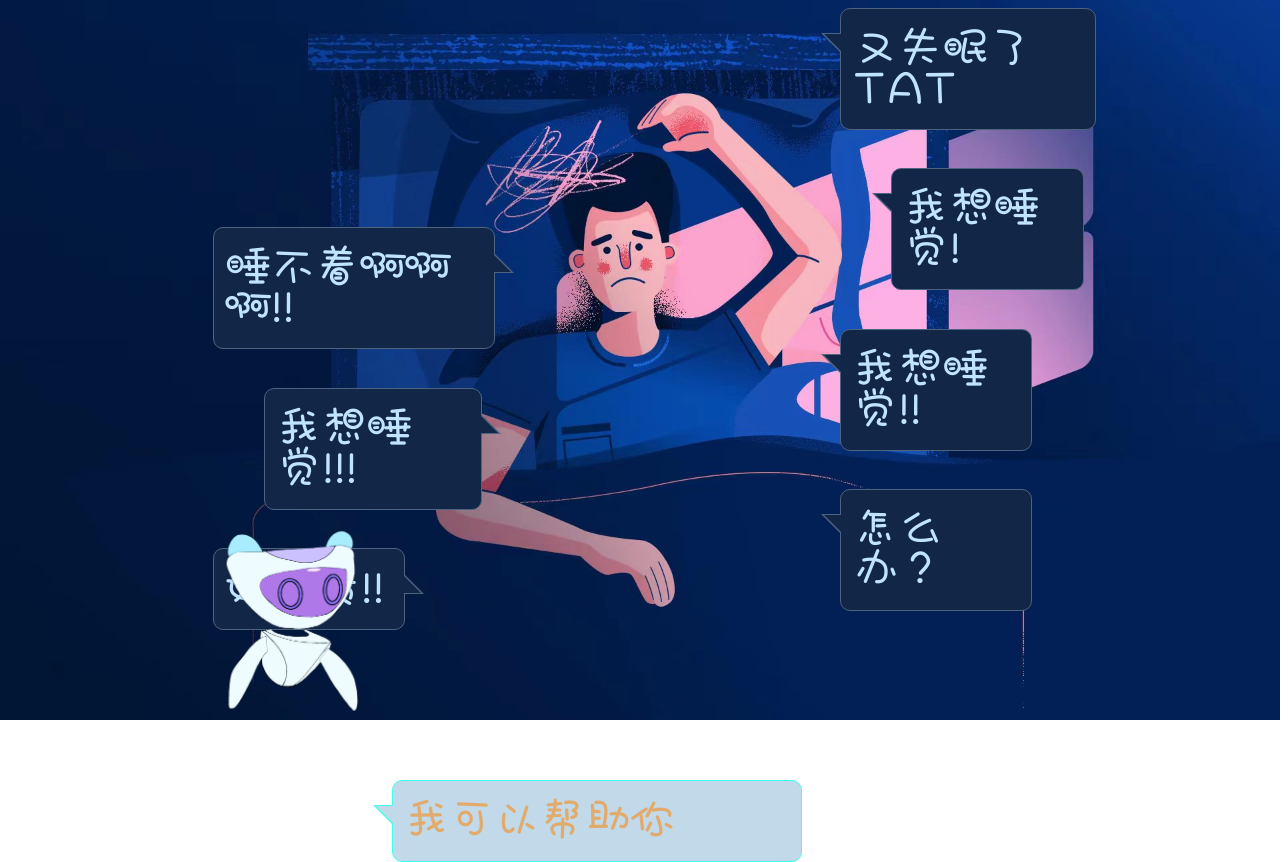
Repository: chjyume/zhongyi
Page: index2.html
The author's editor kept a copy of each file at every save. The page is drawn from the files as they stood at one save, then again after the next save.
The browser window is 1280 px wide. The page is 1288 px wide, so the pictures cover 1288 px, including what lies to the right of the window. The pictures show the whole page.

Above is the page before, as saved 2023-06-26 10:52:34.

### index2.html
<!DOCTYPE html>
<html>
	<head>
        <meta charset="utf-8" />
		<title>小故事引入</title>

        <link href="css\index2.css" rel="stylesheet" type="text/css">
		<link rel="stylesheet" type="text/css" href="family\font.css">
	</head>
	<style>
	body
	{
        background-image:url("img/img2-1.png");
		background-repeat:no-repeat;
        height: 100%;
        width: 100%;
        background-size:cover;
        position:absolute;
        left:0;
        top:0;
	}
	</style>
	<body>
		<div id="man" tabindex="1">
		<div class="bubble1" id="text1"  tabindex="1" style="width: calc(18%)">又失眠了TAT</div>
		<div class="bubble1" id="text2"  tabindex="1" style="width: calc(13%)">我想睡觉!</div>
		<div class="bubble1" id="text4"  tabindex="1" style="width: calc(13%)">我想睡觉!!</div>
		<div class="bubble1" id="text5"  tabindex="1" style="width: calc(13%)">怎么办？</div>
		<div class="bubble2" id="text3" tabindex="1"  style="width: calc(20%)">睡不着啊啊啊!!</div>
		<div class="bubble2" id="text2" tabindex="1"  style="width: calc(15%)">我想睡觉!!!</div>
		<div class="bubble2" id="text4"  tabindex="1" style="width: calc(13%)">好崩溃!!</div>
		</div>
		<div id="AI" tabindex="1">
			<img id="robot" src="img/img2-2.png">
			<div class="bubble3" id="text" tabindex="1" style="width: calc(30%);">我可以帮助你</div>
		</div>
	</body>
</html>

### css/index2.css

.bubble1 {
    position: relative;
    padding: 20px 12px;
    font-family:HYLeMiaoTi;
    font-size: 45px;
    line-height: 40px;
    top: calc(10%);
    left: calc(65%);
    color: #c0e3ff;
    background: #122648;
    border: 1px solid #4e637e;
    border-radius: 10px;
    opacity: 0;
  }

  .bubble1::before,
  .bubble1::after {

    position: absolute;
    left: -20px;
    top:24px;
    display: block;
    font-size: 0;
    line-height: 0;
    border-color: #4e637e #4e637e transparent transparent;
    border-style: solid;
    border-width: 10px;
    content: "";
  }

  .bubble1::after {
    left: -17px;
    top:25px;
    border-color: #122648 #122648 transparent transparent;
  }



  .bubble2 {
    position: relative;
    padding: 20px 12px;
    font-family:HYLeMiaoTi;
    font-size: 45px;
    line-height: 40px;
    top: calc(10%);
    left: calc(16%);
    color: #c0e3ff;
    background: #122648;
    border: 1px solid #4e637e;
    border-radius: 10px;
    opacity: 0;
  }


  .bubble2::before,
  .bubble2::after {

    position: absolute;
    right: -20px;
    top:25px;
    display: block;
    font-size: 0;
    line-height: 0;
    border-color: transparent transparent #4e637e #4e637e;
    border-style: solid;
    border-width: 10px;
    content: "";
  }

  .bubble2::after {
    right: -17px;
    top:24px;
    border-color:transparent transparent #122648 #122648 ;
  }


  #text1{

    animation: bubble 2s linear 0s 1 normal forwards;
  }
  #text2{
    margin-top: calc(3%);
    margin-left: calc(4%);
    animation: bubble 2s linear 1.5s 1 normal forwards;
  }
  #text3{
    margin-top: calc(-30%);
    margin-right: calc(2%);
    animation: bubble 2s linear 1s 1 normal forwards;
  }
  #text4{
    margin-top: calc(3%);
    margin-right: calc(3%);
    animation: bubble 2s linear 2s 1 normal forwards;
  }
  #text5{
    margin-top: calc(3%);
    margin-right: calc(3%);
    animation: bubble 2s linear 2.5s 1 normal forwards;
  }


  @keyframes bubble {
    0% {
      opacity: 0;
  }
  100% {
    opacity: 1;
  }
}

.bubble1:hover{
  cursor:pointer;
}
.bubble2:hover{
  cursor:pointer;
}

#text1:focus{
  animation: rebubble 3s ease-out 0s 1 normal forwards;
}

#text2:focus{
  animation: rebubble 3s ease-out 0s 1 normal forwards;
}

#text3:focus{
  animation: rebubble 3s ease-out 0s 1 normal forwards;
}

#text4:focus{
  animation: rebubble 3s ease-out 0s 1 normal forwards;
}

  #man:has(>#text5:focus){
    animation: man 2s linear 0s 1 normal forwards;
  }

@keyframes rebubble {
  0% {
    opacity: 1;
}
50% {
  opacity: 0;
}
100%{
  opacity: 1;
}
}

@keyframes man {
100% {
  opacity: 0;
}
}

/* AI机器人部分 */
#robot{
  width: 15%;
  position: fixed;
  top: calc(68%);
  left: calc(15%);
  z-index: 1;
}

.bubble3 {
  position: relative;
  padding: 20px 12px;
  font-family:HYLeMiaoTi;
  font-size: 45px;
  line-height: 40px;
  top: 150px;
  left: calc(30%);
  color: #e1ab6e;
  background: #c2d9e9;
  border: 1px solid #3fffef;
  border-radius: 10px;
}

.bubble3::before,
.bubble3::after {

  position: absolute;
  left: -20px;
  top:24px;
  display: block;
  font-size: 0;
  line-height: 0;
  border-color: #3fffef #3fffef transparent transparent;
  border-style: solid;
  border-width: 10px;
  content: "";
}

.bubble3::after {
  left: -17px;
  top:25px;
  border-color: #c2d9e9 #c2d9e9 transparent transparent;
}

### family/font.css
@font-face {
    font-family: "HYLeMiaoTi";
    src:url("HYLeMiaoTiJ.ttf");
    font-weight: normal;
    font-style: normal;
}

After the next save:
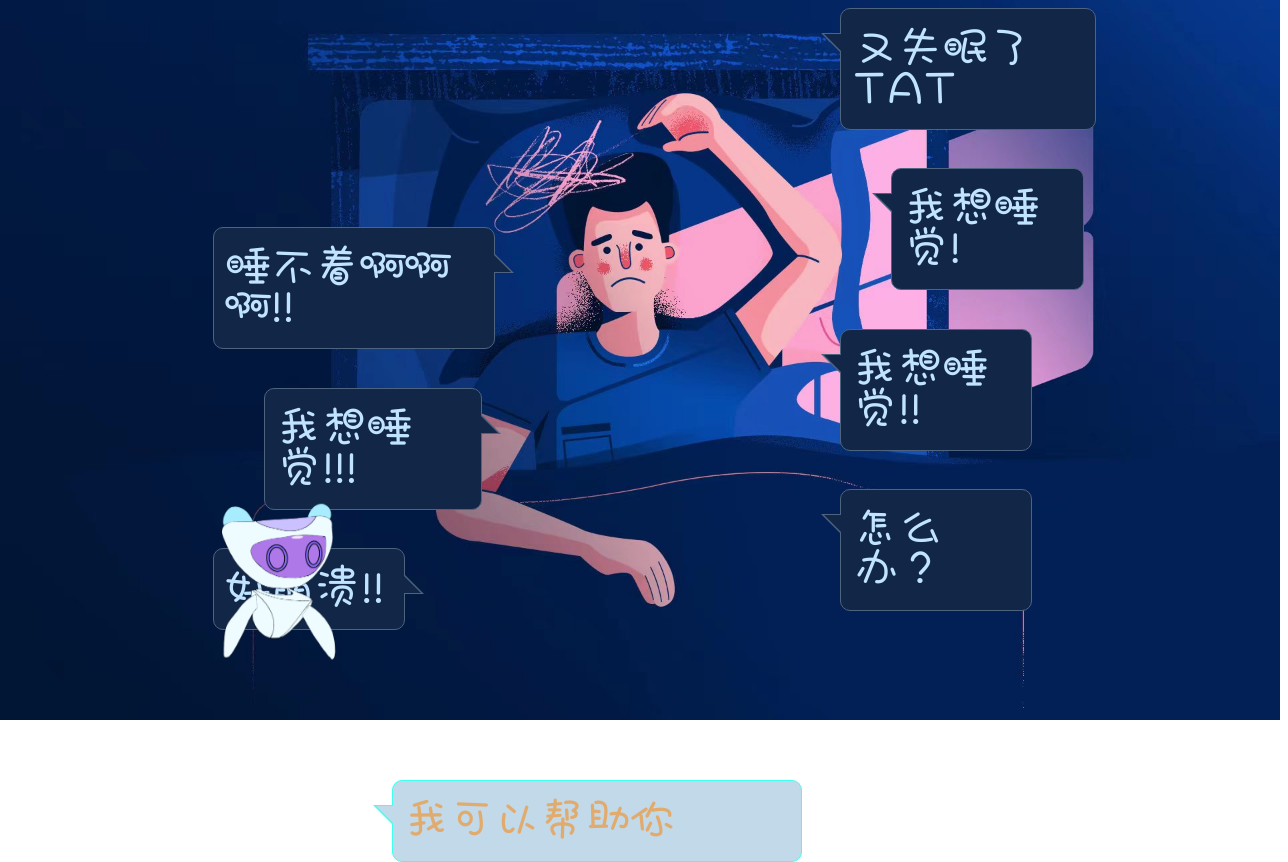
Saved 24 s later.
--- a/css/index2.css
+++ b/css/index2.css
@@ -157,9 +157,9 @@
 
 /* AI机器人部分 */
 #robot{
-  width: 15%;
+  width: 13%;
   position: fixed;
-  top: calc(68%);
+  top: calc(65%);
   left: calc(15%);
   z-index: 1;
 }
